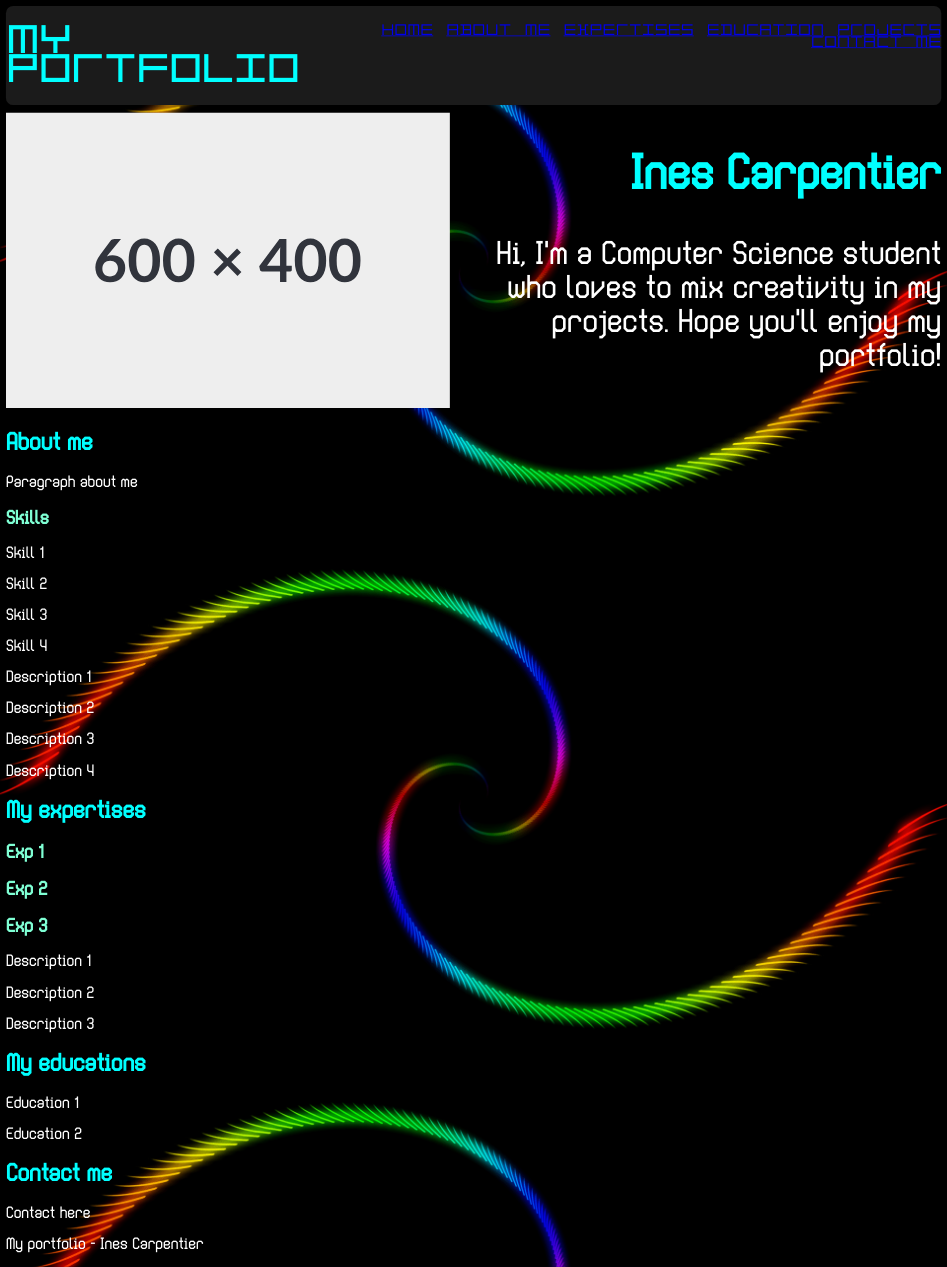
Repository: InsCarp/InsCarp
Page: index.html
The author's editor kept a copy of each file at every save. The page is drawn from the files as they stood at one save, then again after the next save.
The browser window is 1280 px wide. The pictures show the whole page, at 74% of full size.
Backgrounds fixed to the window are drawn as part of the page.

Above is the page before, as saved 2026-04-22 11:35:46.

After the next save:
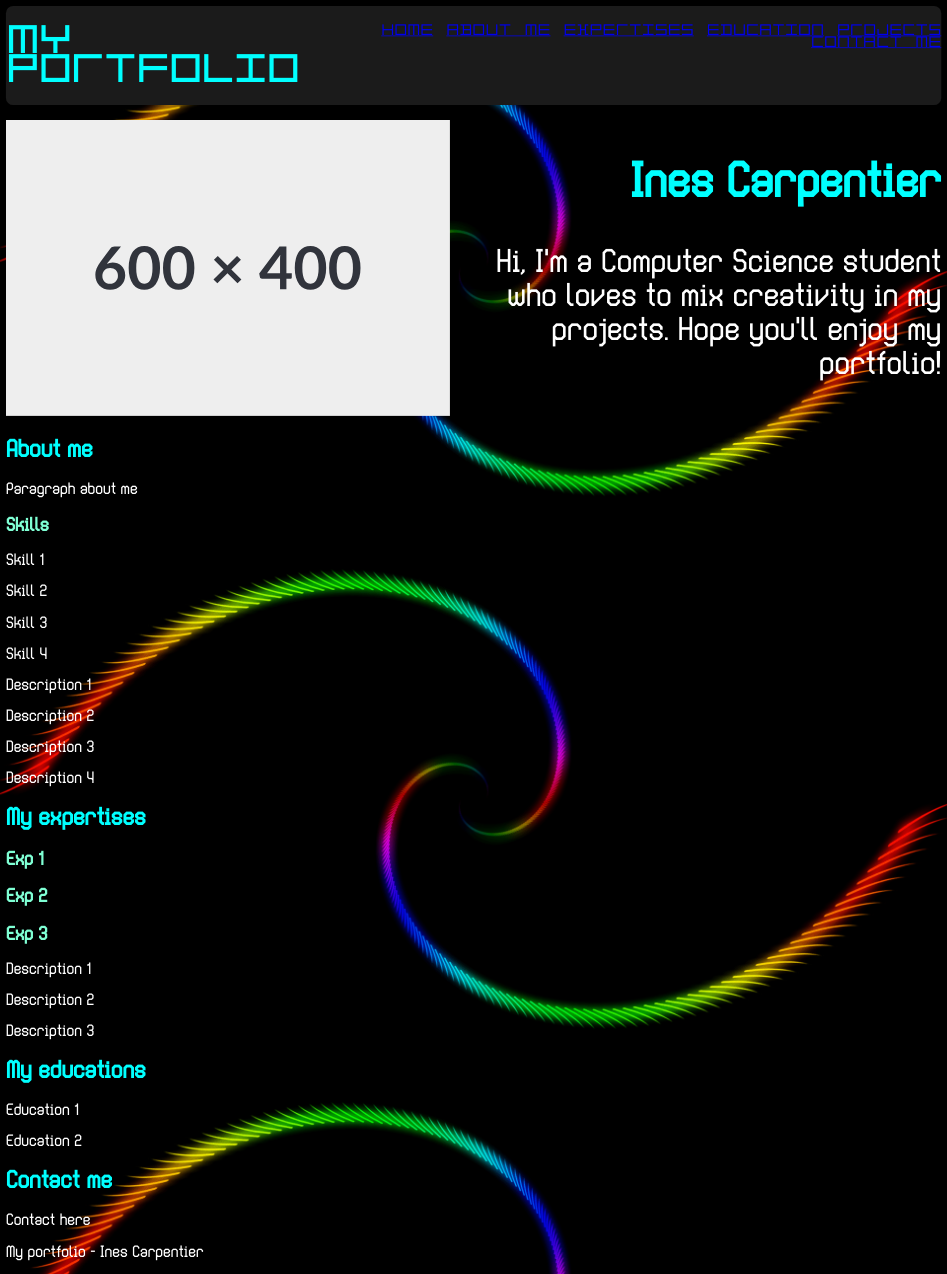
Saved 7 s later.
--- a/styles/index.css
+++ b/styles/index.css
@@ -1,5 +1,5 @@
 .Intro{
-    margin-top: 10px;
+    margin-top: 1rem;
     display:flex;
     flex-direction: row;
     justify-content: space-between;
